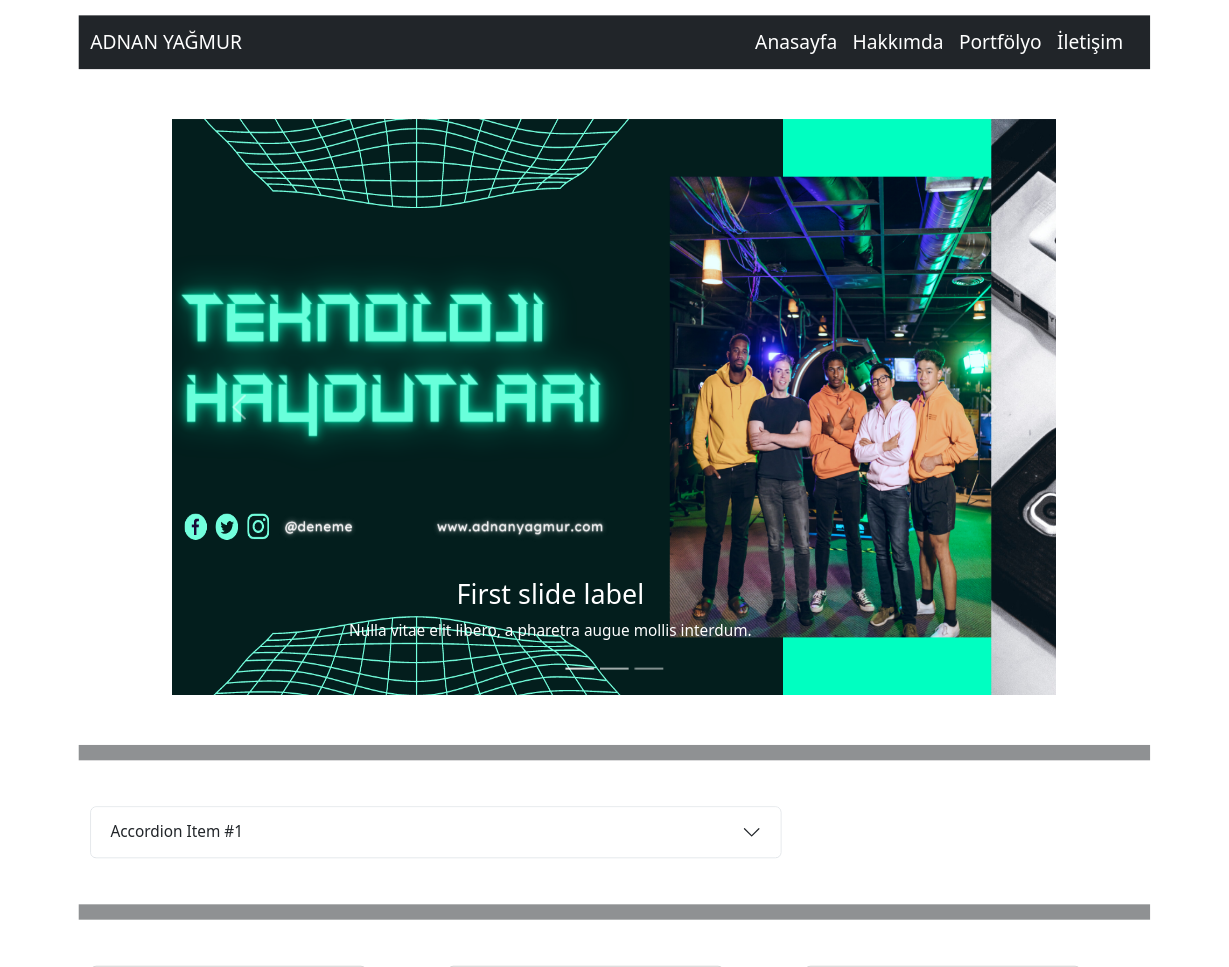
Repository: adnanyagmur/react-bootstrap-example
Page: /
These files come from the project's save history. The page is drawn as it stood at one moment and after the next save; the edit follows.
The browser window is 1280 px wide. The pictures show the part of the page from y = 0 to 1007 px (the page is 2034 px tall), at 96% of full size.
Pictures or frames that could not be fetched are drawn as grey boxes. The project was rebuilt for these pictures with package versions that can differ from the ones it lists, and the page was loaded fresh each time.

Above is the page before, as saved 2022-06-29 12:11:37.

After the next save:
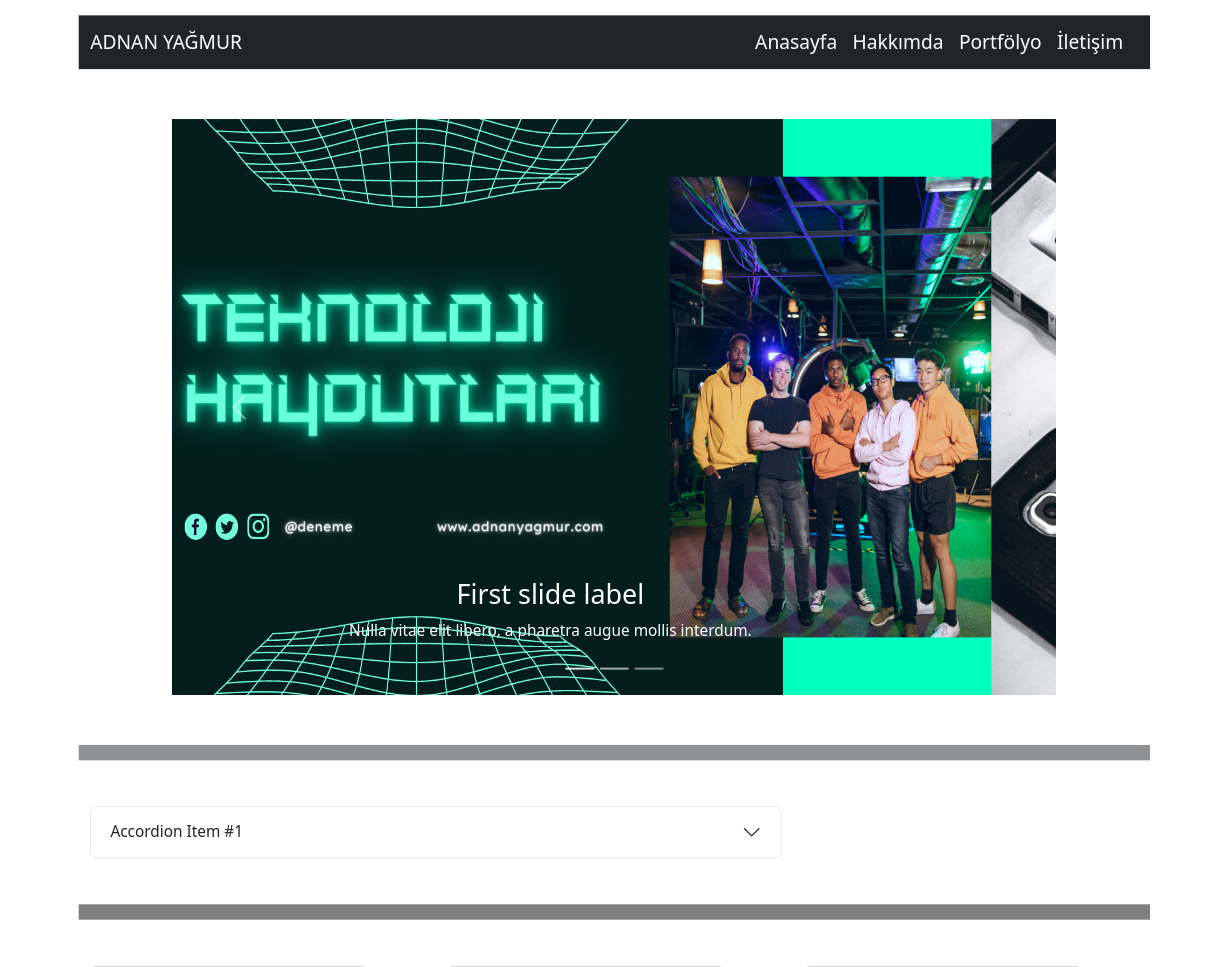
Saved 12 s later.
--- a/src/appComponents/AppContainer.jsx
+++ b/src/appComponents/AppContainer.jsx
@@ -31,7 +31,7 @@
 
         </Row>
         <Row className="pb-5">
-        <Placeholder xs={12} bg="dark" />
+        <Placeholder xs={12} bg="black" />
         </Row>
         <Row className="pb-5">
             <Col><Card style={{ width: '18rem' }}>

After the save that followed:
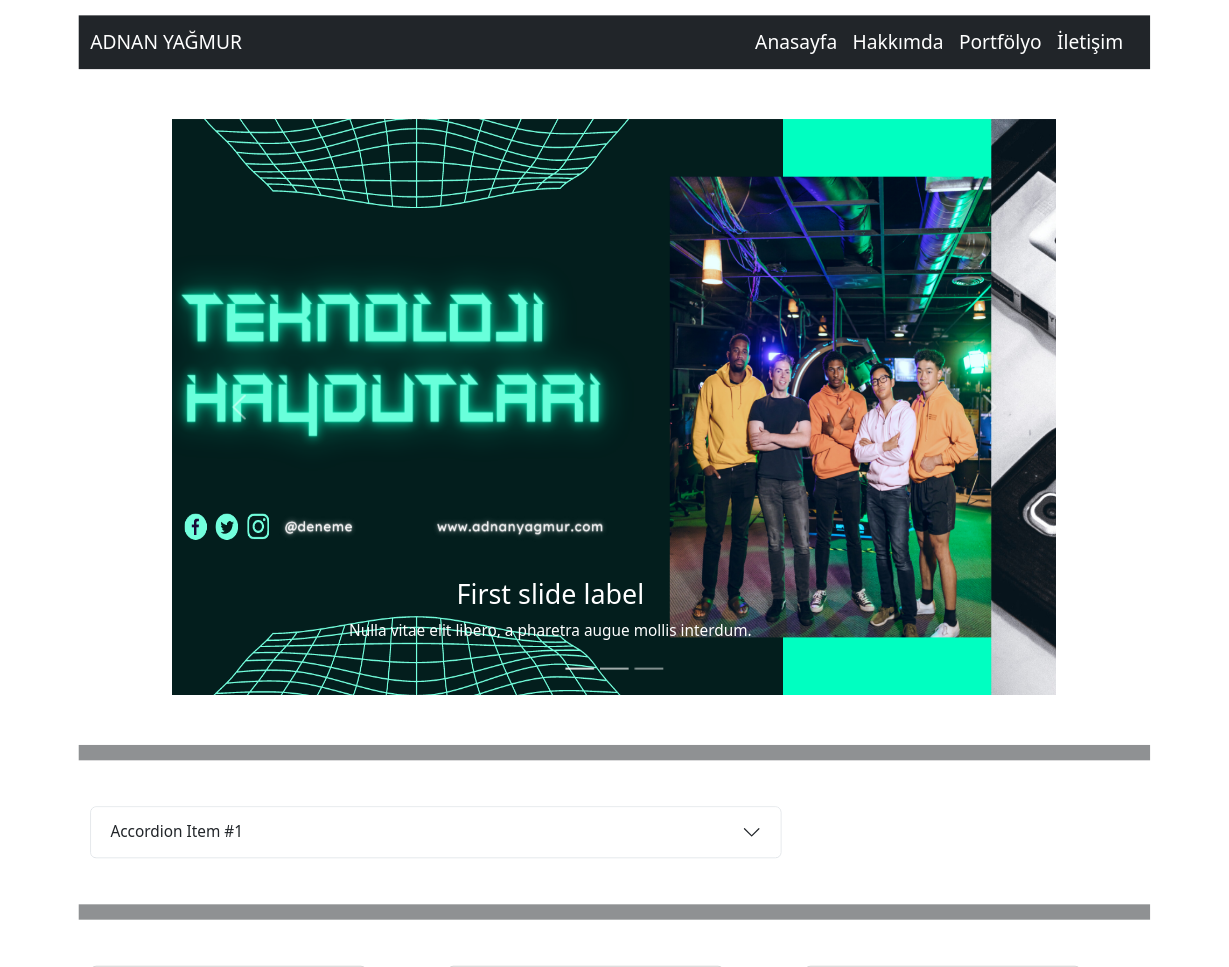
Saved 7 s later.
--- a/src/appComponents/AppContainer.jsx
+++ b/src/appComponents/AppContainer.jsx
@@ -31,7 +31,7 @@
 
         </Row>
         <Row className="pb-5">
-        <Placeholder xs={12} bg="black" />
+        <Placeholder xs={12} bg="black500" />
         </Row>
         <Row className="pb-5">
             <Col><Card style={{ width: '18rem' }}>
